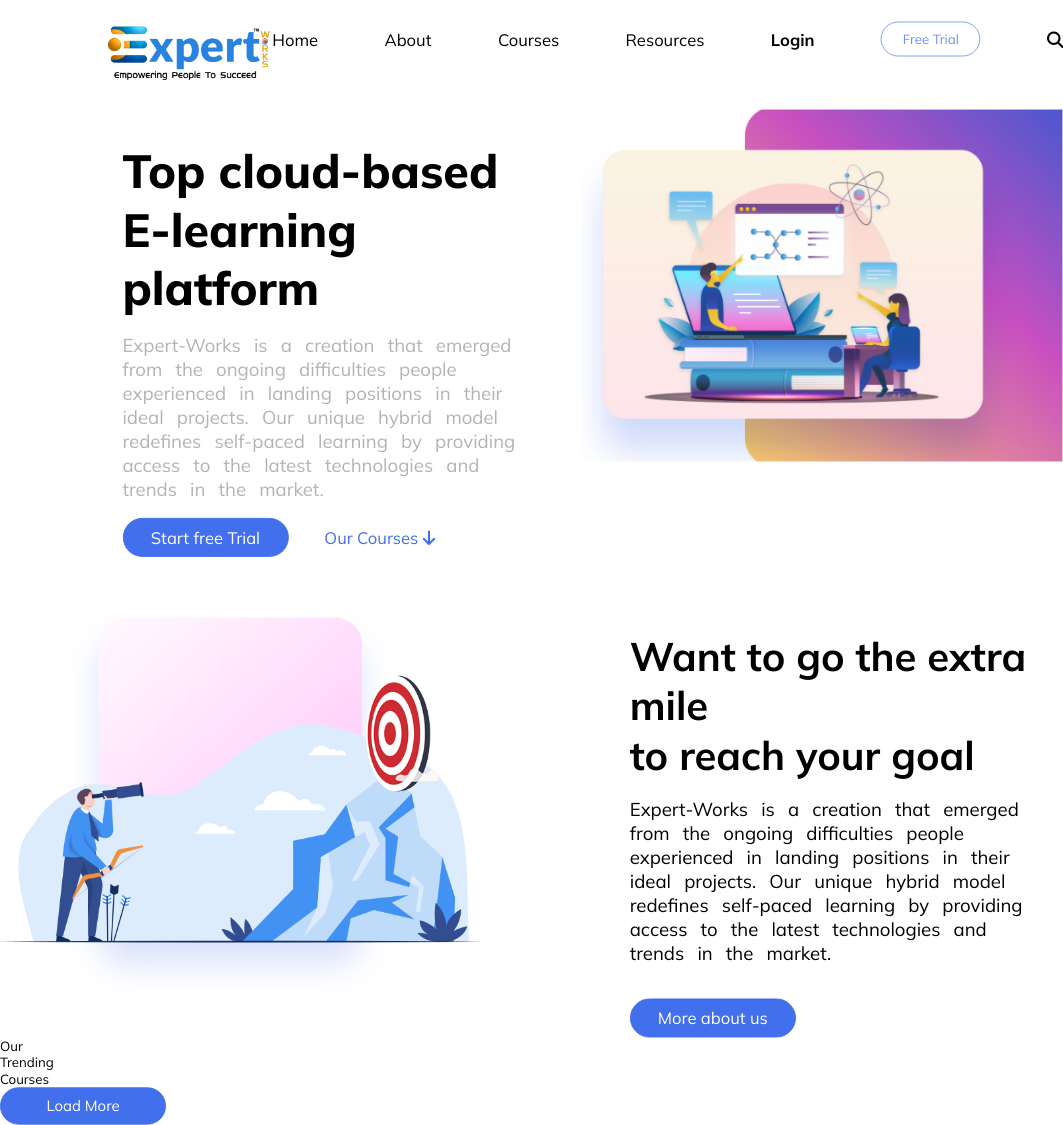
Repository: FlyweisReact/Raghu-B2C
Page: /homePage
An editor plug-in stored every save of this project. The page is shown before and after the next save, followed by the edit.
The browser window is 1280 px wide. The page is 1281 px wide, then 1280 px, so the pictures cover 1281 px, including what lies to the right of the window. The pictures show the whole page, at 83% of full size.
Some web libraries are served in a nearby version. The project was rebuilt for these pictures with package versions that can differ from the ones it lists, and the page was loaded fresh each time. Also part of the build but not shown: src/Footer/footer.scss, src/Footer/Footer.jsx, src/component/pages/courses/course.scss, src/component/Navbar/nav.scss, src/component/Navbar/Nav.jsx, src/component/navigation/NavItems.js, src/component/navigation/Dropdown.css, src/component/navigation/Dropdown.js and 43 more.

Above is the page before, as saved 2023-02-03 15:52:24.

After the next save:
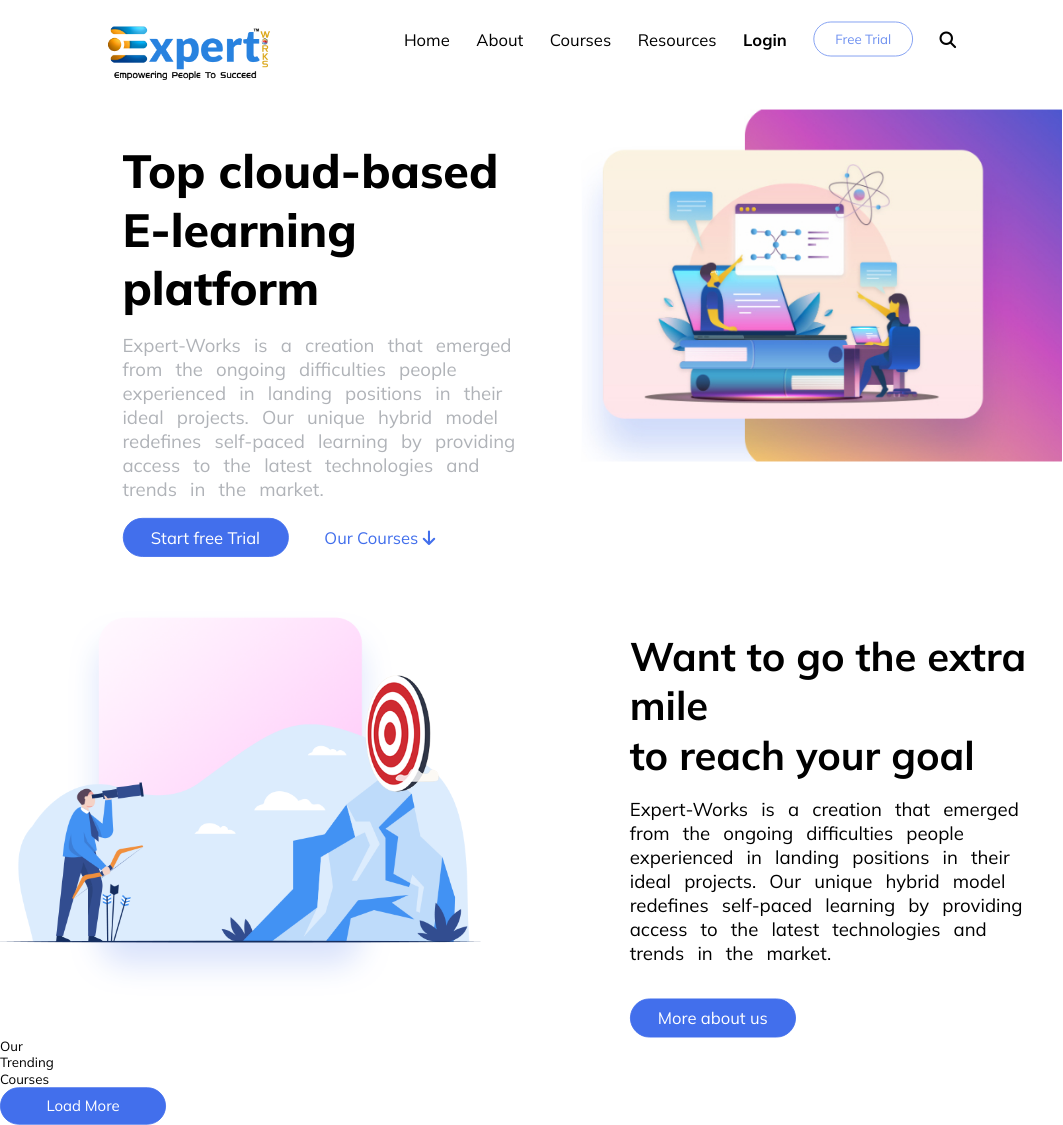
Saved 25 s later.
--- a/src/HomePage.css
+++ b/src/HomePage.css
@@ -10,7 +10,7 @@
 }
 .HomeNewnav .right ul {
     display: flex;
-    gap: 5rem;
+    gap: 2rem;
 }
 .HomeNewnav .right ul li{
     list-style: none;
